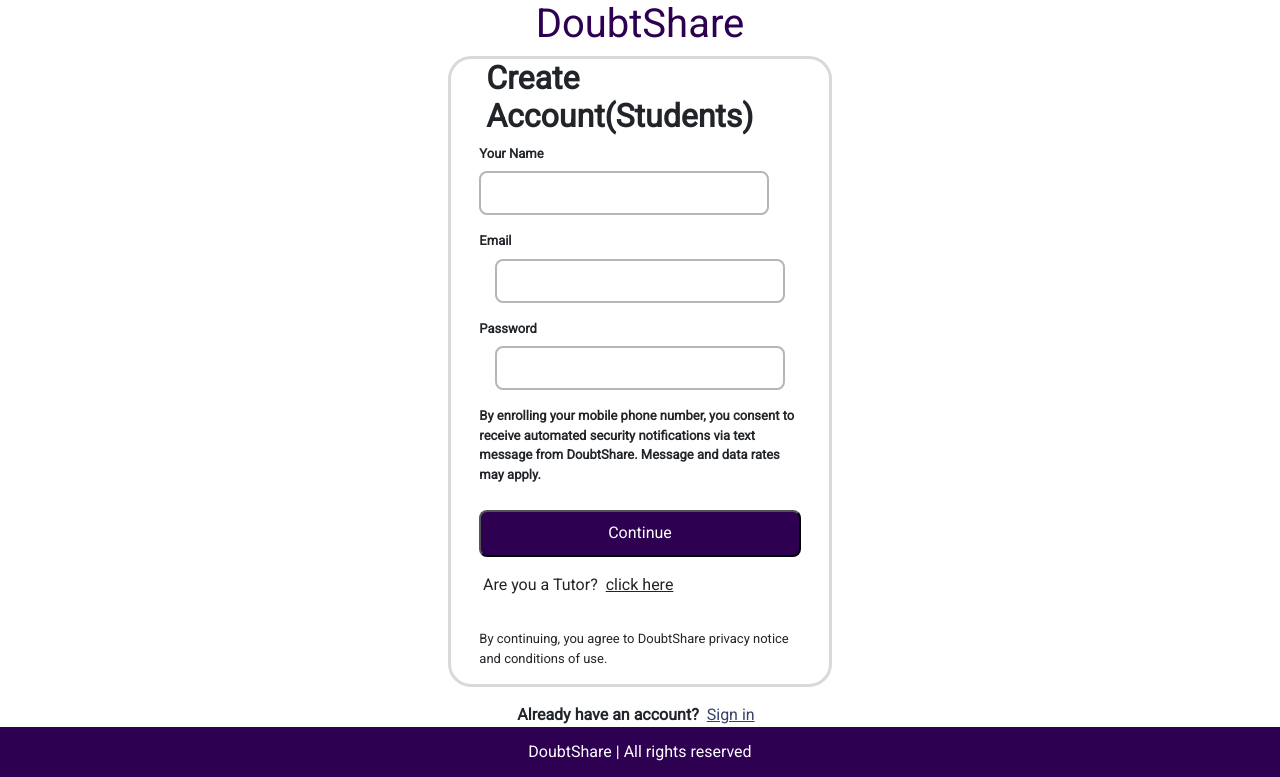
Repository: drumsmanku/doubtshare
Page: /register/student (app in frontend/)
An editor plug-in stored every save of this project. The page is shown before and after the next save, followed by the edit.
The browser window is 1280 px wide. The pictures show the whole page.
The project was rebuilt for these pictures with package versions that can differ from the ones it lists, and the page was loaded fresh each time. Also part of the build but not shown: frontend/src/App.css, frontend/src/Components/Dashboard/Sidebar.js, frontend/src/Components/Dashboard/Profile.js, frontend/src/Components/CreateDoubtForm/CreateDoubtForm.js, frontend/src/Components/Dashboard/Dashboard.js, frontend/src/Components/Login/Login.js, frontend/src/Components/LoginTutor/LoginTutor.js, frontend/src/Components/RegisterTutor/RegisterTutor.js and 1 more.

Above is the page before, as saved 2023-12-30 20:55:37.

After the next save:
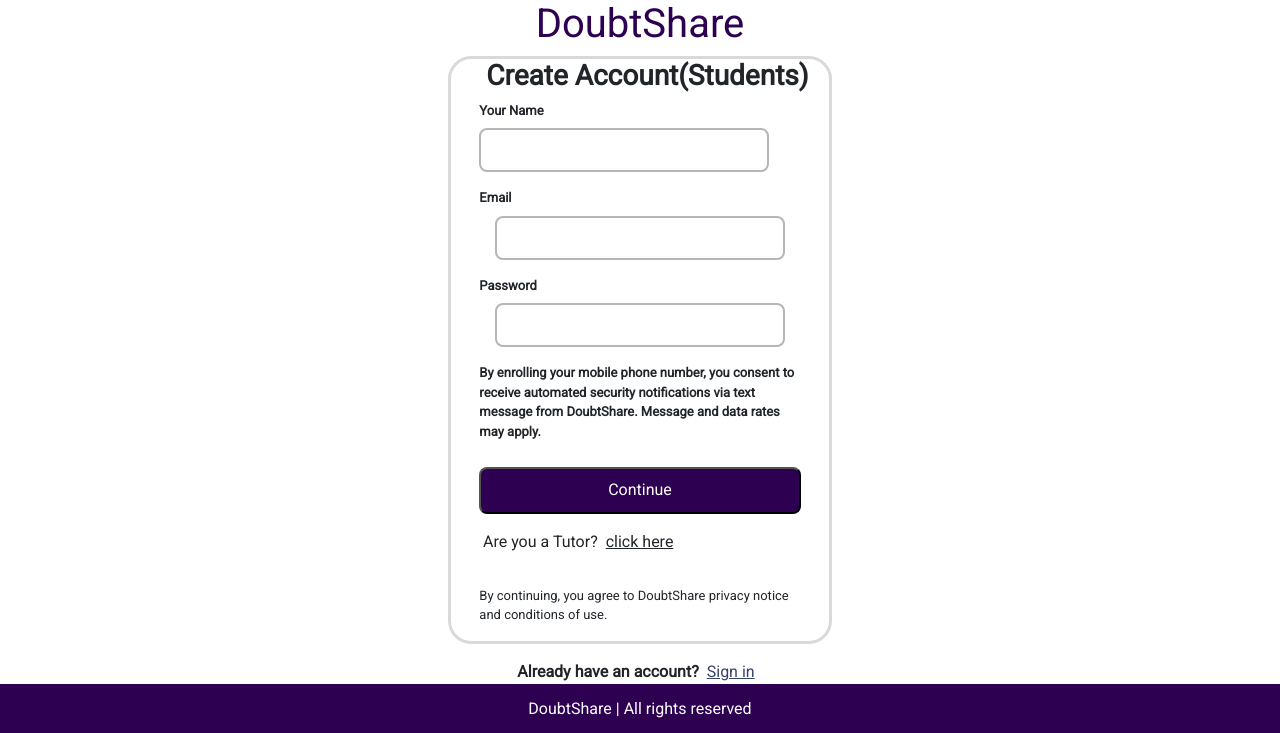
Saved 56 s later.
--- a/frontend/src/Components/Register/Register.js
+++ b/frontend/src/Components/Register/Register.js
@@ -60,7 +60,7 @@
       <form className={styles.form}>
 
         <div className={styles.inputContainer}>
-          <h2 style={{alignSelf:'start', paddingLeft:'2.2rem', fontWeight:600}}>Create Account(Students)</h2>
+          <h3 style={{alignSelf:'start', paddingLeft:'2.2rem', fontWeight:600}}>Create Account(Students)</h3>
           <div style={DivStyles}>
             <label htmlFor="name" style={{fontWeight:600, fontSize:'small' }}>Your Name</label>
             <input type="text" name="name" value={user.name} onChange={handleChange} style={InputStyles}/>
